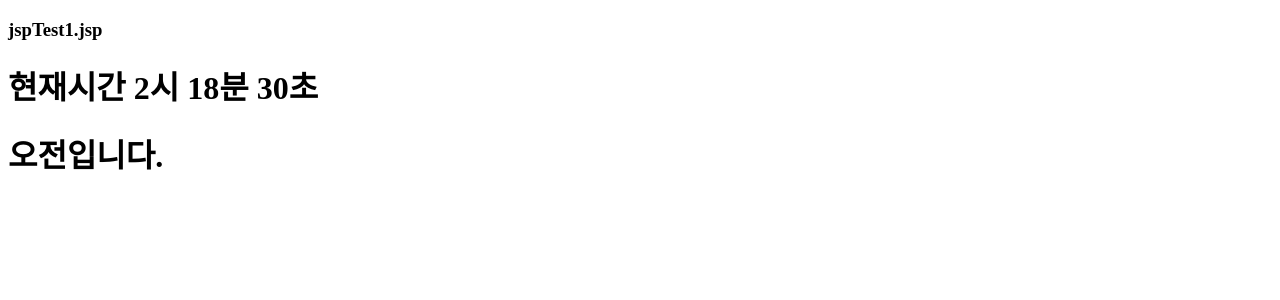
Repository: SouthSea0613/401_Unauthorized_java
Page: http://localhost/model1_1/jspTest1.jsp
These files come from the project's save history. The page is drawn as it stood at one moment and after the next save; the edit follows.
The browser window is 1280 px wide. The pictures show the whole page.
The page is served by Tomcat 9. Other server files are loaded and not shown.

Above is the page before, as saved 2024-12-02 02:18:06.

### model1_1/src/main/webapp/jspTest1.jsp
<%@page import="java.util.Calendar"%>
<%@ page language="java" contentType="text/html; charset=UTF-8"
    pageEncoding="UTF-8"%>
<!DOCTYPE html>
<html>
<head>
<meta charset="UTF-8">
<title>Insert title here</title>
</head>
<%
	//<%: 스크립틀릿(java코드)
	//jsp --> servlet변환 --> 실행
	Calendar c =Calendar.getInstance();
	int hour = c.get(Calendar.HOUR);
	int min = c.get(Calendar.MINUTE);
	int sec = c.get(Calendar.SECOND);

	/* String request="jsp 내장 객체는 사용불가"; */
	/* String out="jsp 내장 객체는 사용불가"; */
	/* session, page, out, response */

%>
<body>
	<h3>jspTest1.jsp</h3>
	<h1>현재시간 <%=hour%>시 <%=min%>분 <%=sec%>초</h1>
	<%-- <%=request.getServletContext().getRealPath("/") %> --%>
	<%if(hour>=12) {%>
	<h1>오후입니다.</h1>
	<%}else {%>
	<h1>오전입니다.</h1>
	<%} %>
</body>
</html>

After the next save:
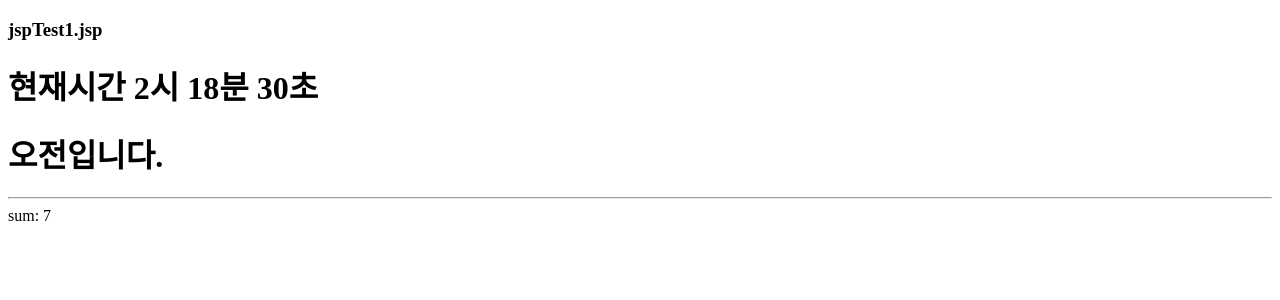
Saved 1 s later.
--- a/model1_1/src/main/webapp/jspTest1.jsp
+++ b/model1_1/src/main/webapp/jspTest1.jsp
@@ -9,7 +9,7 @@
 </head>
 <%
 	//<%: 스크립틀릿(java코드)
-	//jsp --> servlet변환 --> 실행
+	//jsp --> servlet(class)변환 --> 실행
 	Calendar c =Calendar.getInstance();
 	int hour = c.get(Calendar.HOUR);
 	int min = c.get(Calendar.MINUTE);
@@ -29,5 +29,15 @@
 	<%}else {%>
 	<h1>오전입니다.</h1>
 	<%} %>
+	<hr>
+	sum: <%=sumMethod(3, 4) %>
 </body>
 </html>
+<!-- 필드, 메소드 선언, 위치 상관없음 -->
+<%!
+	private int sum;
+
+	public int sumMethod(int x, int y){
+		return x+y;
+	}
+%>
